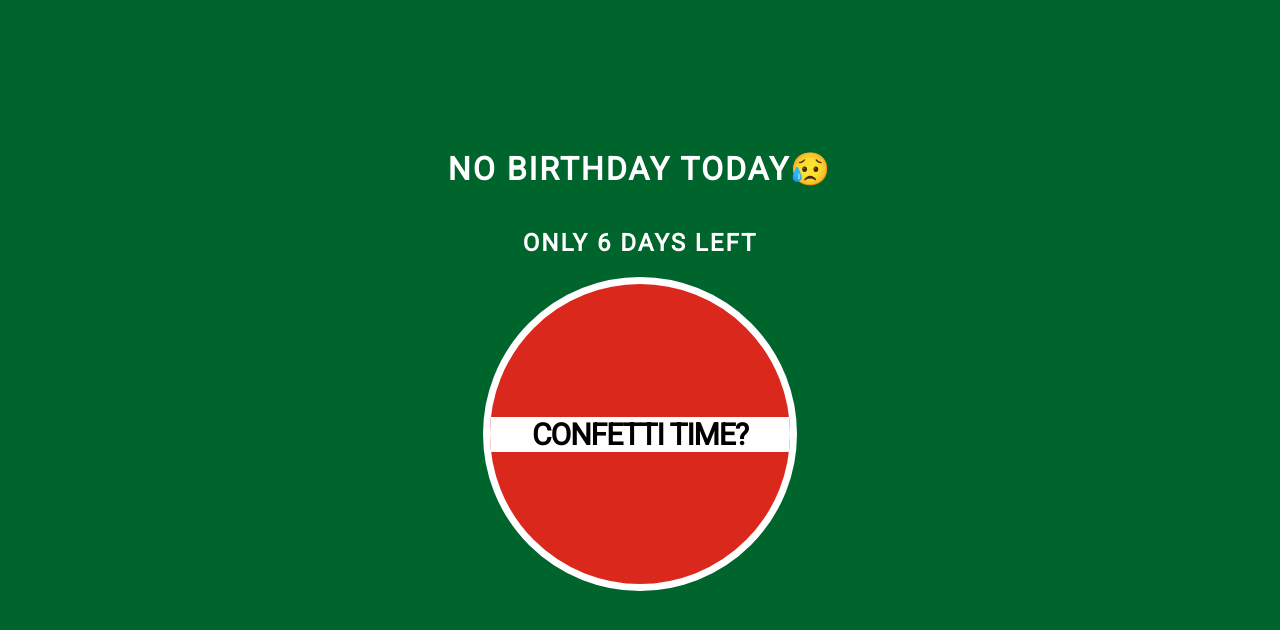
Repository: David-Waite/HannahsBirthdayWebsite
Page: /
An editor plug-in stored every save of this project. The page is shown before and after the next save, followed by the edit.
The browser window is 1280 px wide. The pictures show the whole page.
The project was rebuilt for these pictures with package versions that can differ from the ones it lists, and the page was loaded fresh each time.

Above is the page before, as saved 2023-03-30 18:42:36.

After the next save:
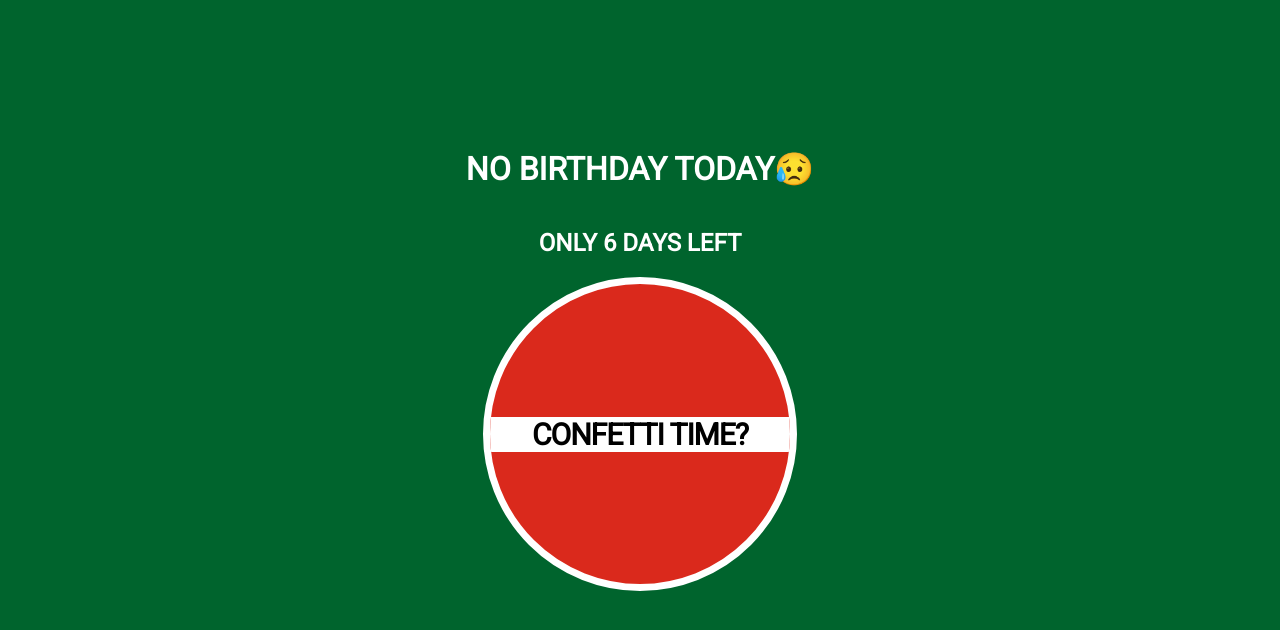
Saved 9 s later.
--- a/src/index.css
+++ b/src/index.css
@@ -3,7 +3,6 @@ body {
   font-family: "Roboto", sans-serif;
   -webkit-font-smoothing: antialiased;
   -moz-osx-font-smoothing: grayscale;
-  letter-spacing: 2px;
 }
 
 .App {
